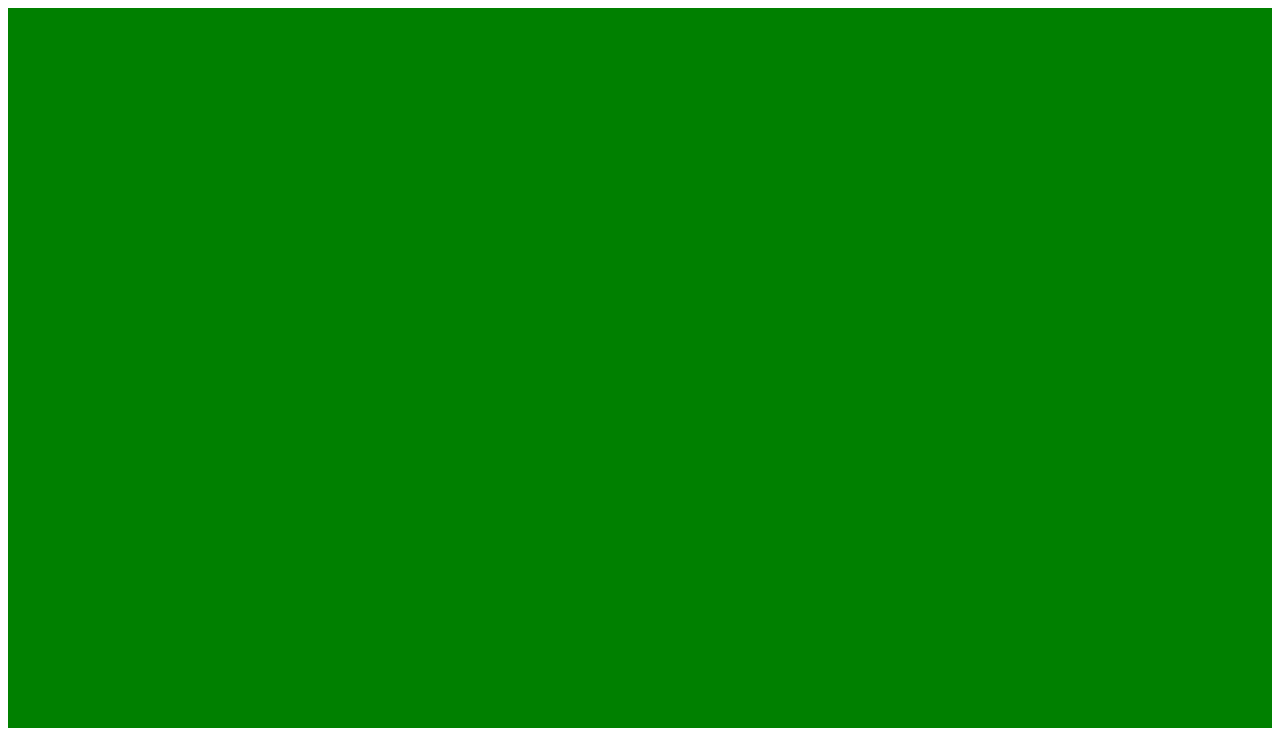
Repository: Lucianorodriguesdev/Projeto-RedeSocial
Page: index.html
The author's editor kept a copy of each file at every save. The page is drawn from the files as they stood at one save, then again after the next save.
The browser window is 1280 px wide. The page is 1280 px wide, then 1288 px, so the pictures cover 1288 px, including what lies to the right of the window. The pictures show the whole page.

Above is the page before, as saved 2026-07-06 10:19:43.

### index.html
<!DOCTYPE html>
<html lang="pt-br">
<head>
    <meta charset="UTF-8">
    <meta name="viewport" content="width=device-width, initial-scale=1.0">
    <title>Rede Social</title>
    <link rel="shortcut icon" href="favicon.ico" type="image/x-icon">
    <link rel="stylesheet" href="estilo/style.css">
</head>
<body>
    <main>
        <section id="telefone">

        </section>
        <section id="redes-sociais">

        </section>
    </main>
</body>
</html>

### estilo/style.css
@charset "UTF-8"
*{
    margin: 0;
    padding: 0;
    box-sizing: border-box;
}

main{
    height: 100vh;
    position: relative;
    background-color: green;
}

After the next save:
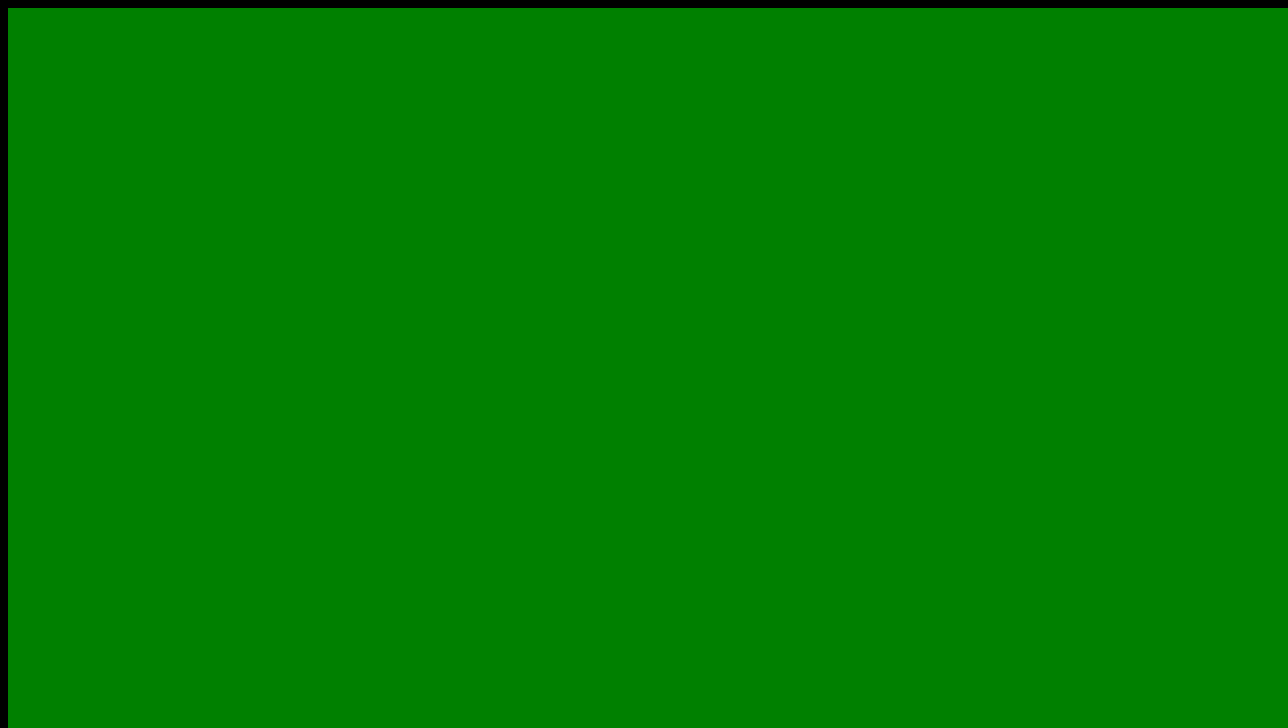
Saved 22 s later.
--- a/estilo/style.css
+++ b/estilo/style.css
@@ -4,7 +4,11 @@
     padding: 0;
     box-sizing: border-box;
 }
-
+html,body{
+    height:100vh;
+    width: 100vw;
+    background-color: black;
+}
 main{
     height: 100vh;
     position: relative;
